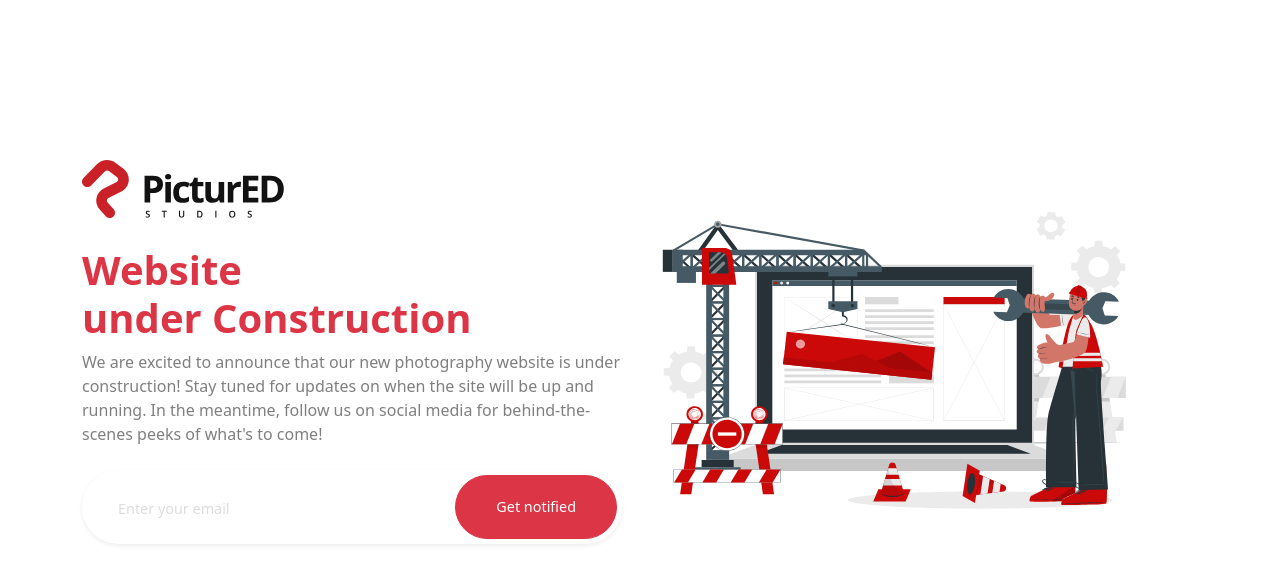
Repository: tHEO2k17/pictured
Page: /
An editor plug-in stored every save of this project. The page is shown before and after the next save, followed by the edit.
The browser window is 1280 px wide. The pictures show the whole page.
The project was rebuilt for these pictures with package versions that can differ from the ones it lists, and the page was loaded fresh each time.

Above is the page before, as saved 2022-09-14 15:07:18.

### public/index.html
<!DOCTYPE html>
<html lang="en">
  <head>
    <meta charset="utf-8" />
    <!-- <link rel="icon" href="%PUBLIC_URL%/favicon.ico" /> -->
    <meta name="viewport" content="width=device-width, initial-scale=1" />
    <meta name="theme-color" content="#000000" />
    <meta
      name="description"
      content="Web site created using create-react-app"
    />
    <link rel="apple-touch-icon" href="%PUBLIC_URL%/logo192.png" />
    <!--
      manifest.json provides metadata used when your web app is installed on a
      user's mobile device or desktop. See https://developers.google.com/web/fundamentals/web-app-manifest/
    -->
    <link rel="manifest" href="%PUBLIC_URL%/manifest.json" />
    <!--
      Notice the use of %PUBLIC_URL% in the tags above.
      It will be replaced with the URL of the `public` folder during the build.
      Only files inside the `public` folder can be referenced from the HTML.

      Unlike "/favicon.ico" or "favicon.ico", "%PUBLIC_URL%/favicon.ico" will
      work correctly both with client-side routing and a non-root public URL.
      Learn how to configure a non-root public URL by running `npm run build`.
    -->
    <title>PicturEd</title>
  </head>
  <body>
    <noscript>You need to enable JavaScript to run this app.</noscript>
    <div id="root"></div>
    <!--
      This HTML file is a template.
      If you open it directly in the browser, you will see an empty page.

      You can add webfonts, meta tags, or analytics to this file.
      The build step will place the bundled scripts into the <body> tag.

      To begin the development, run `npm start` or `yarn start`.
      To create a production bundle, use `npm run build` or `yarn build`.
    -->
  </body>
</html>

### src/index.scss
@import '~bootstrap/scss/bootstrap.scss';

.input-group {
  // border: 1px solid #eee;
  border-radius: 50px;
  padding: 5px 5px 5px 20px;
}

.input-group > :not(:first-child):not(.dropdown-menu):not(.valid-tooltip):not(.valid-feedback):not(.invalid-tooltip):not(.invalid-feedback) {
  margin-left: 20px;
  border-radius: 50px;
  font-size: .9em;
  padding: 20px 40px 20px 40px ;
}

.form-control {
  border: unset;
}

.form-control:focus {
  background-color: #fff;
  border-color: unset;
  outline: 0;
  box-shadow: unset;
}

.form-control::placeholder { /* Chrome, Firefox, Opera, Safari 10.1+ */
  color: #ddd;
  font-size: .9rem;
  opacity: 1; /* Firefox */
}

.form-control:-ms-input-placeholder { /* Internet Explorer 10-11 */
  color: #ddd;
  font-size: .9rem;
}

.form-control::-ms-input-placeholder { /* Microsoft Edge */
  color: #ddd;
  font-size: .9rem;
}

### src/App.tsx
import React from "react";
import {
  Container,
  Col,
  Row,
  Image,
  InputGroup,
  Button,
  Form,
} from "react-bootstrap";
import logo from "./core/res/images/logo.svg";
import sideImage from "./core/res/images/side-image.svg";

function App() {
  return (
    <Container className="min-vh-100">
      <Row className="min-vh-100 align-items-center">
        <Col>
          <Image src={logo} />
          <h1 className="text-danger fw-bold mt-4">
            Website <br /> under Construction
          </h1>

          <p className="text-black-50">
            We are excited to announce that our new photography website is under
            construction! Stay tuned for updates on when the site will be up and
            running. In the meantime, follow us on social media for
            behind-the-scenes peeks of what's to come!
          </p>

          <InputGroup size="lg" className="mt-4 mb-3 shadow-sm">
            <Form.Control
              placeholder="Enter your email"
              aria-label="Enter your email"
              aria-describedby="basic-addon2"
            />
            <Button variant="danger" id="button-addon2">
              Get notified
            </Button>
          </InputGroup>
        </Col>
        <Col className="d-none d-lg-block ps-4">
          <Image src={sideImage} />
        </Col>
      </Row>
    </Container>
  );
}

export default App;

Loaded but not shown: src/index.tsx (common file)

After the next save:
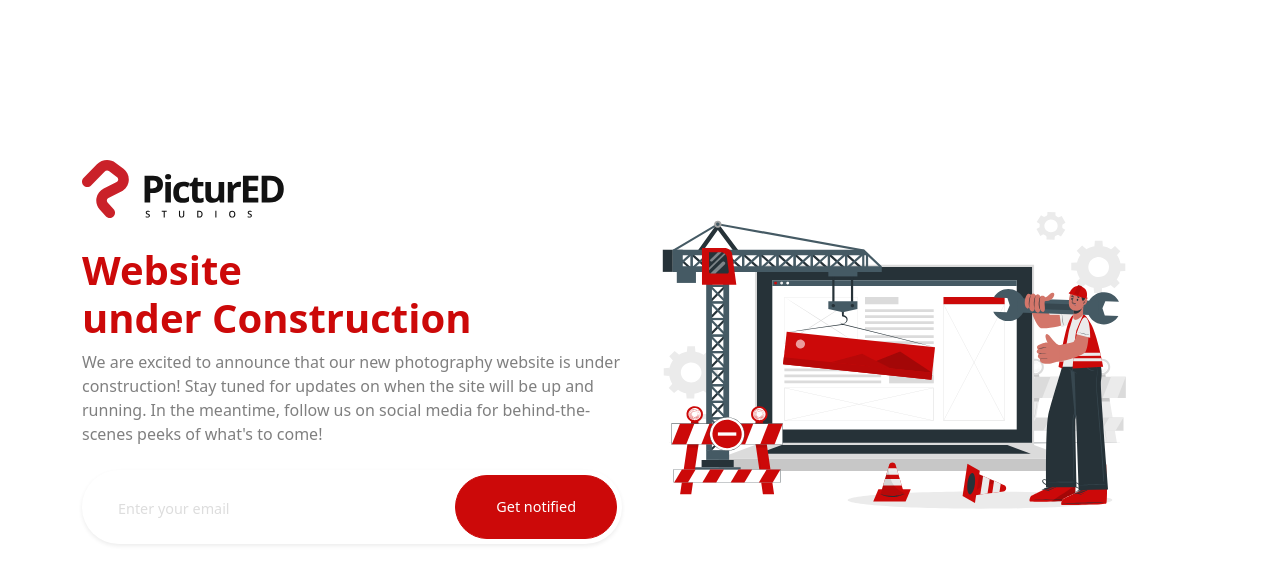
Saved 81 s later.
--- a/src/index.scss
+++ b/src/index.scss
@@ -1,3 +1,6 @@
+$theme-colors: (
+    "danger": #CC0909
+);
 @import '~bootstrap/scss/bootstrap.scss';
 
 .input-group {
@@ -38,4 +41,5 @@
 .form-control::-ms-input-placeholder { /* Microsoft Edge */
   color: #ddd;
   font-size: .9rem;
+
 }
